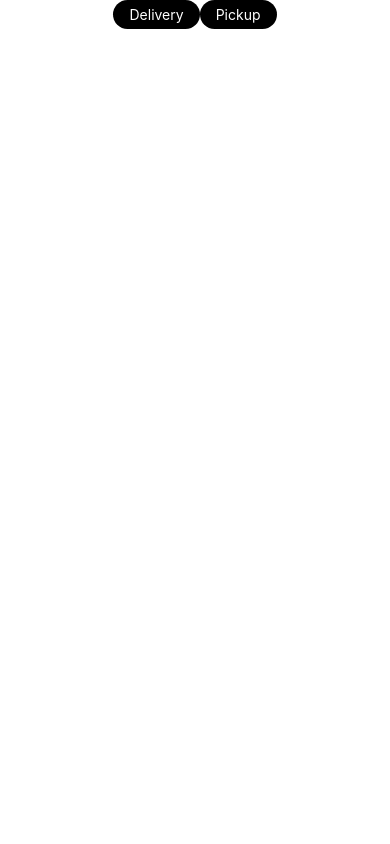
Repository: MoussaAKHYAR/uber-eats-app-react-native
Screen: /
The author's editor kept a copy of each file at every save. The screen is drawn from the files as they stood at one save, then again after the next save.
The app was drawn by React Native's web renderer in a window 390 px wide. The project was rebuilt for these pictures with package versions that can differ from the ones it lists, and the page was loaded fresh each time.

Above is the screen before, as saved 2022-06-29 15:36:52.

### App.js
import { StatusBar } from 'expo-status-bar';
import { StyleSheet, Text, View } from 'react-native';
import Home from './screens/Home';

export default function App() {
  return (
    <Home/>
  );
}

const styles = StyleSheet.create({
  container: {
    flex: 1,
    backgroundColor: '#fff',
    alignItems: 'center',
    justifyContent: 'center',
  },
});

### screens/Home.js
import { View, Text, SafeAreaView } from 'react-native'
import React from 'react'
import HeaderTabs from '../components/HeaderTabs'

export default function Home() {
  return (
    <SafeAreaView>
      <HeaderTabs/>
    </SafeAreaView>
  )
}

### components/HeaderTabs.js
import { View, Text, TouchableOpacity } from 'react-native'
import React from 'react'

export default function HeaderTabs() {
    return (
        <View style={{flexDirection:"row", alignSelf:"center"}}>
            <HeaderButton text="Delivery"/>
            <HeaderButton text="Pickup" />
        </View>
    )
}

const HeaderButton = (props) => (
    <TouchableOpacity style={{
        backgroundColor:"black",
        paddingVertical:6,
        paddingHorizontal:16,
        borderRadius:30

    }}>
        <Text style={{color:"white"}}>{props.text}</Text>
    </TouchableOpacity>
);

After the next save:
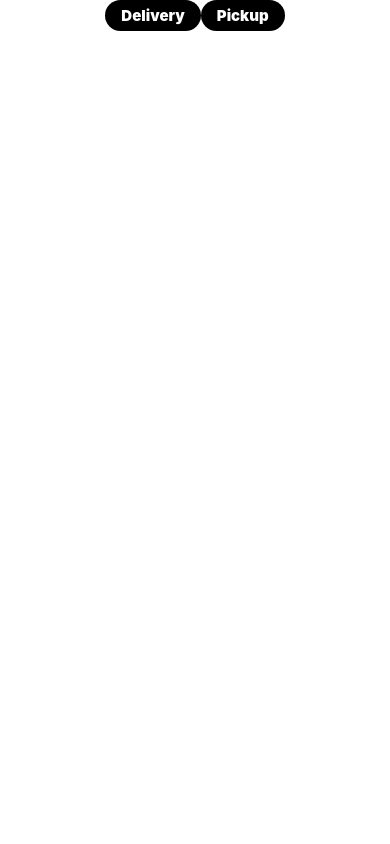
Saved 75 s later.
--- a/components/HeaderTabs.js
+++ b/components/HeaderTabs.js
@@ -18,6 +18,6 @@ const HeaderButton = (props) => (
         borderRadius:30
 
     }}>
-        <Text style={{color:"white"}}>{props.text}</Text>
+        <Text style={{color:"white", fontSize:15, fontWeight:"900"}}>{props.text}</Text>
     </TouchableOpacity>
 );
